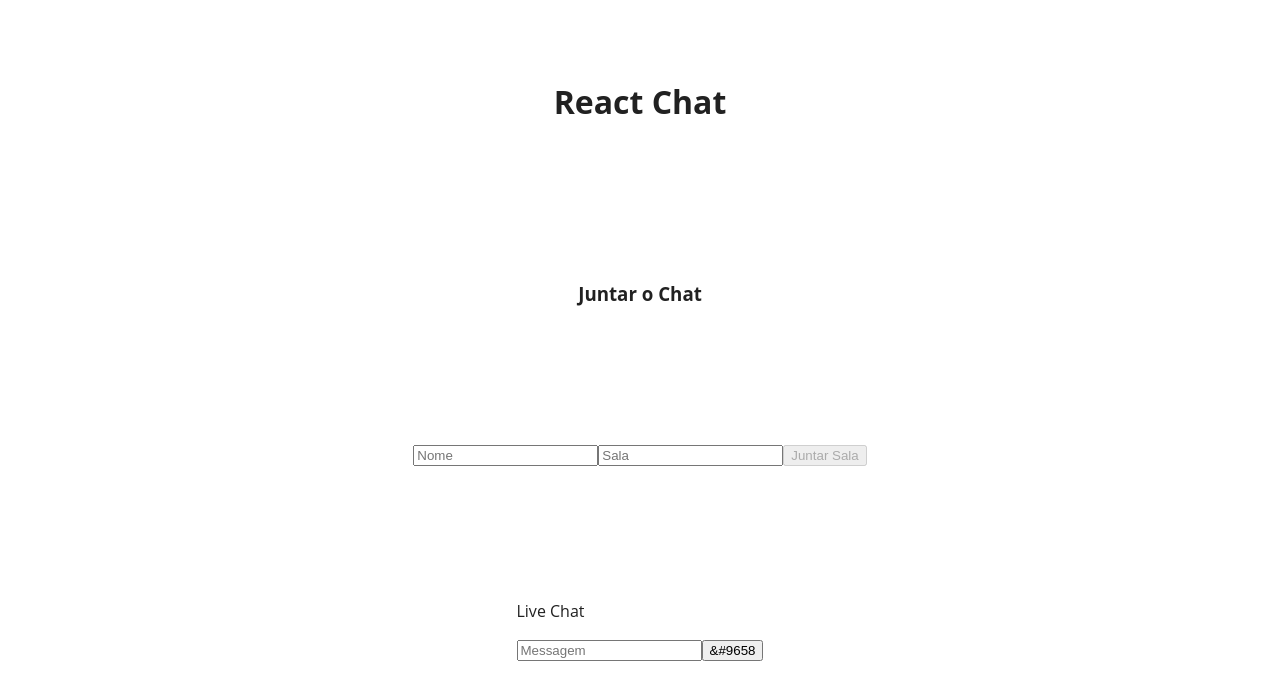
Repository: hierotsu/chat-rooms-react-
Page: / (app in client/)
These files come from the project's save history. The page is drawn as it stood at one moment and after the next save; the edit follows.
The browser window is 1280 px wide. The pictures show the whole page.
The page's requests for data from a server got no answer. The project was rebuilt for these pictures with package versions that can differ from the ones it lists, and the page was loaded fresh each time. No one was signed in, and anything a server would have sent is missing.

Above is the page before, as saved 2022-02-01 17:01:48.

### client/src/App.js
import { useState, useEffect } from 'react'
import io from 'socket.io-client'

import Chat from './components/Chat';

import './App.css';

const SERVER_URL = "http://localhost:3001"

const socket = io.connect(SERVER_URL,
  { query: { id: Math.floor(Math.random() * 1000) } })

function App() {
  const [username, setUsername] = useState('')
  const [room, setRoom] = useState('')
  const [joinButtonDisabled, setJoinButtonDisabled] = useState(true)

  useEffect(() => {
    setJoinButtonDisabled(username === '' || room === '')
  }, [username, room])

  const joinRoom = () => {
    if (username !== '' && room !== '') {
      socket.emit('join_room', room)
    }
  }

  return (
    <div className="App">
      <h1>React Chat</h1>

      <h3>Juntar o Chat</h3>
      <div>
        <input type="text" placeholder='Nome' onChange={e => setUsername(e.target.value)} />
        <input type="text" placeholder='Sala' onChange={e => setRoom(e.target.value)} />
        <button onClick={joinRoom} disabled={joinButtonDisabled}>Juntar Sala</button>
      </div>
      <Chat socket={socket} username={username} room={room} />
    </div>
  );
}

export default App;

### client/src/components/Chat.js
import React from 'react';

export default function Chat({ socket, username, room }) {
    return <div>
        <div clasName="chat-header">
            <p>Live Chat</p>
        </div>
        <div clasName="chat-body">

        </div>
        <div clasName="chat-footer">
            <input type="text" placeholder='Messagem' />
            <button>&#9658 </button>
        </div>
    </div>;
}

Loaded but not shown: client/public/index.html (common file); client/src/index.js (common file); client/src/index.css (common file); client/src/App.css (common file)

After the next save:
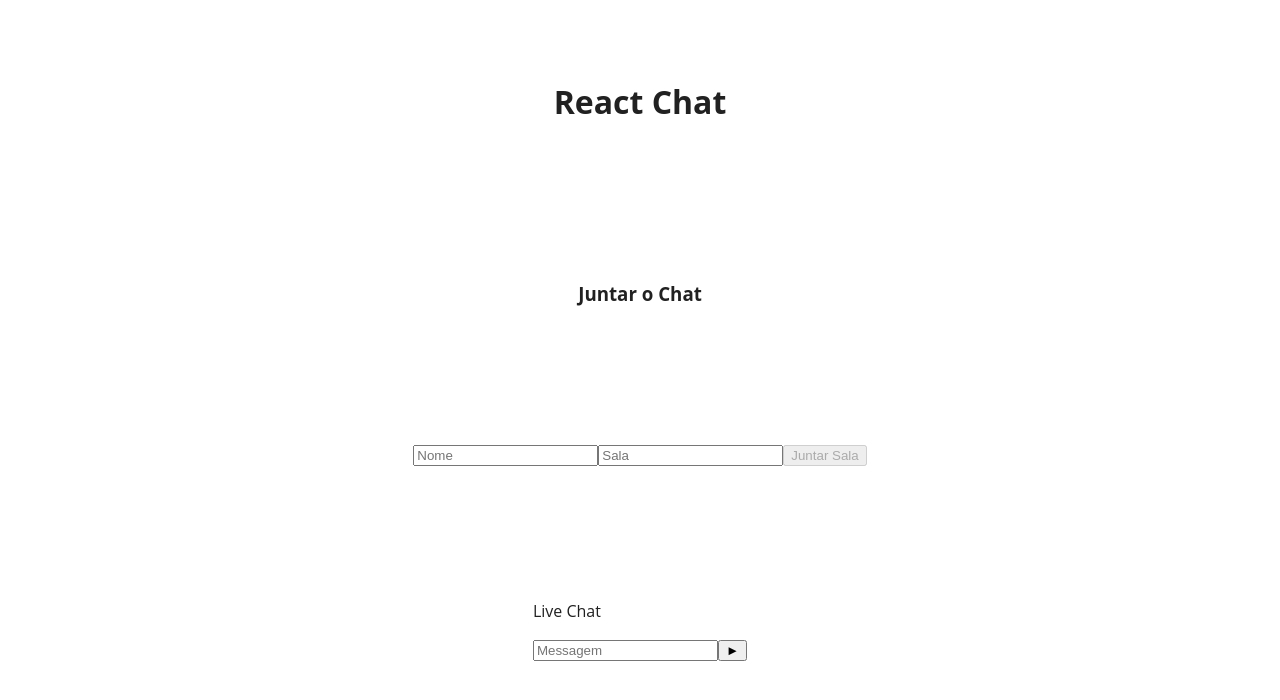
Saved 18 s later.
--- a/client/src/components/Chat.js
+++ b/client/src/components/Chat.js
@@ -10,7 +10,7 @@ export default function Chat({ socket, username, room }) {
         </div>
         <div clasName="chat-footer">
             <input type="text" placeholder='Messagem' />
-            <button>&#9658 </button>
+            <button>&#9658; </button>
         </div>
     </div>;
 }
